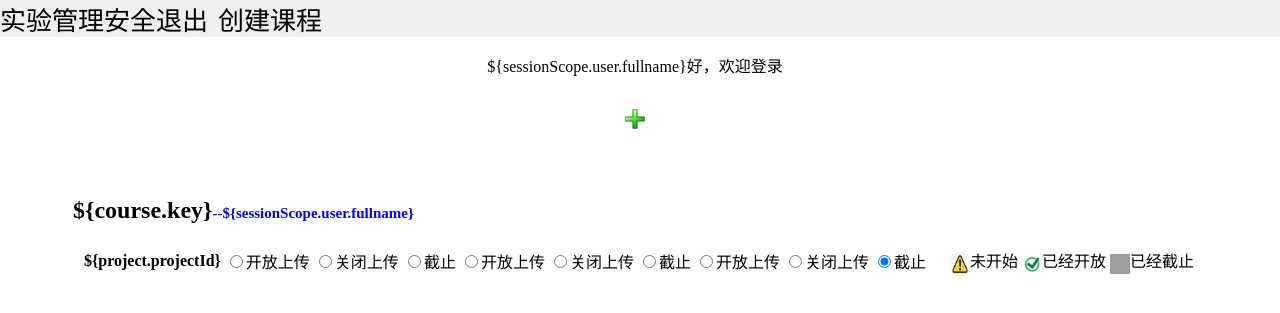
Repository: IAmJiangWenHao/ReportServer
Page: web/demo.html
These files come from the project's save history. The page is drawn as it stood at one moment and after a run of saves; the edit follows.
The browser window is 1280 px wide. The pictures show the whole page.
Pictures or frames that could not be fetched are drawn as grey boxes.

Above is the page before, as saved 2023-05-19 18:00:31.
Console error: ReferenceError: requests is not defined

After the next 2 saves:
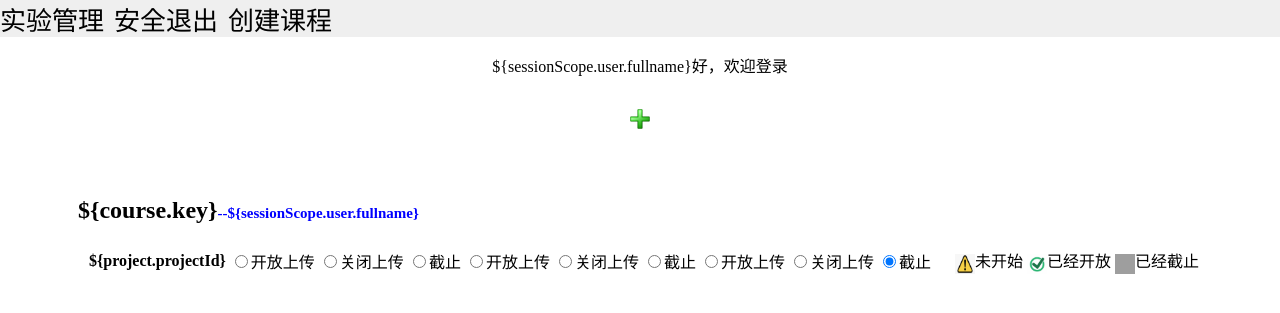
The 2 saves are shown as one change because they came seconds apart.
The last was saved 31 s later.
--- a/web/demo.html
+++ b/web/demo.html
@@ -199,10 +199,10 @@
        };
     </script>
     <div >
-      <div style="display:flex;font-size: 26px; background-color: buttonface;"><div color="black"> 实验管理</div>
+      <div style="display:flex;font-size: 26px; background-color: buttonface;"><div style="margin-right: 10px;" color="black"> 实验管理</div>
         <div style="margin-right: 10px;"><a style="color: black;text-decoration:none;" href="exit.jsp">安全退出</a></div>
         <div style="margin-right: 10px;" onclick="createCourse()">创建课程</div></div>
-<div style="display: flex;flex-direction:column;align-items:center;margin-right: 10px;">
+<div style="display: flex;flex-direction:column;align-items:center">
   <p>${sessionScope.user.fullname}好，欢迎登录</p>
   <p>
     <img style="vertical-align: middle;height:20px" alt="" width="20" src="./img/new.jpg"/>
